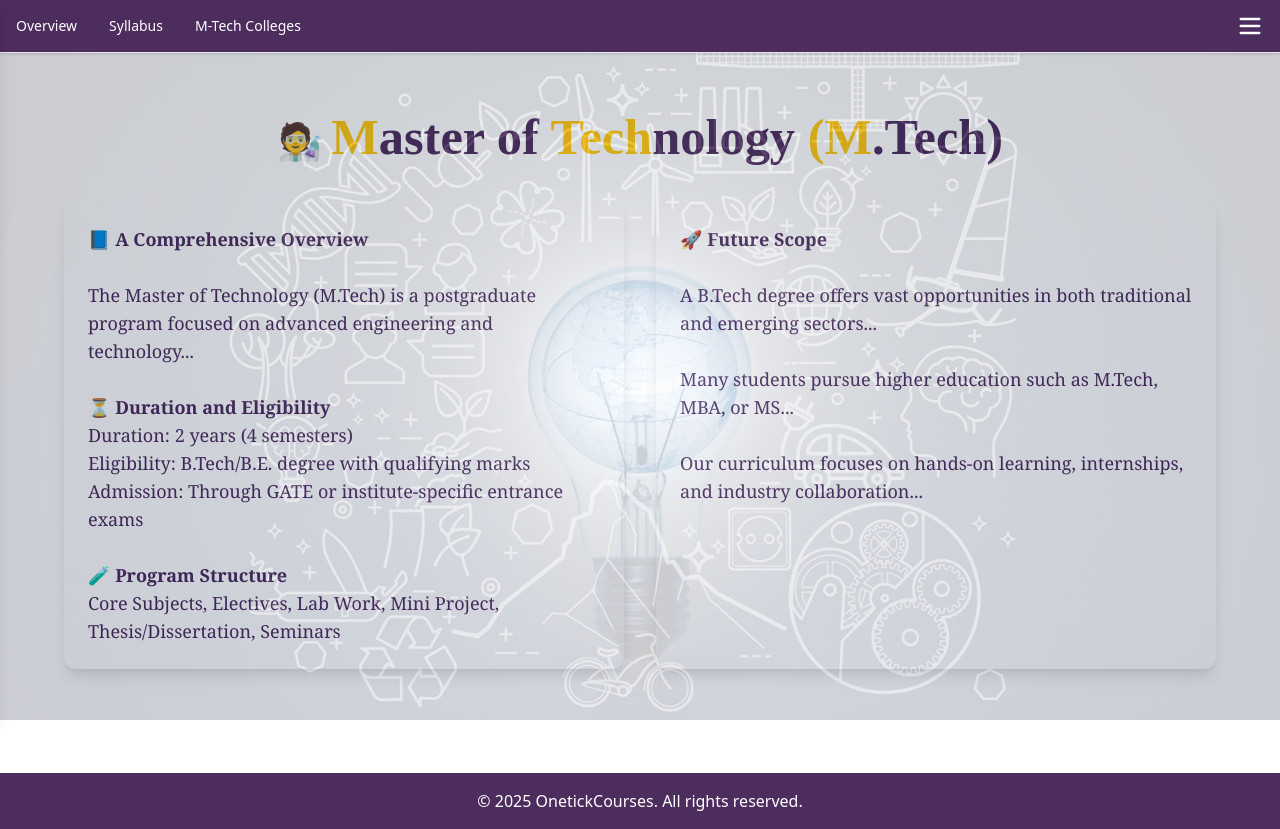
Repository: tanuj0111/collagefinder
Page: m.techoverview.html
The author's editor kept a copy of each file at every save. The page is drawn from the files as they stood at one save, then again after the next save.
The browser window is 1280 px wide. The pictures show the whole page.

Above is the page before, as saved 2025-05-28 09:15:55.

### m.techoverview.html
<!DOCTYPE html>
<html lang="en">

<head>
  <meta charset="UTF-8">
  <meta name="viewport" content="width=device-width, initial-scale=1.0">
  <title>m.Tech Overview - OnetickCourses</title>
  <link href="https://cdn.jsdelivr.net/npm/tailwindcss@2.2.19/dist/tailwind.min.css" rel="stylesheet">

</head>

<body style="background-color: white;" class="bg-gray-100 text-gray-800">

  <!-- Navbar -->
  <nav style="background-color:#4D2C5E;"
    class="bg-white shadow border-b sticky top-0 z-50 flex items-center justify-between px-4 py-3">
    <ul class="flex space-x-8 text-sm font-medium">
      <li><a href="m.techoverview.html" class="text-white">Overview</a></li>
      <li><a href="mtechSyllabusfinal.html" class="text-white">Syllabus</a></li>
      <li><a href="mtechcolege.html" class="text-white">M-Tech Colleges</a></li>
    </ul>

    <!-- Hamburger icon -->
    <button onclick="toggleSidebar()" class="text-white focus:outline-none">
      <svg class="w-7 h-7" fill="none" stroke="currentColor" viewBox="0 0 24 24" xmlns="http://www.w3.org/2000/svg">
        <path stroke-linecap="round" stroke-linejoin="round" stroke-width="2" d="M4 6h16M4 12h16M4 18h16"></path>
      </svg>
    </button>
  </nav>

  <!-- Sidebar -->
  <div id="sidebar"
    class="fixed top-0 left-0 h-full w-64 bg-white text-white transform -translate-x-full transition-transform duration-300 z-50 shadow-lg">
    <div class="p-6">
      <h2 class="text-2xl font-bold mb-6" style="color: #4D2C5E;">Menu</h2>
      <ul class="space-y-4">
        <li><a href="a-main.html" class="hover:underline" style="color: #4D2C5E;">Home</a></li>
        <li><a href="m.techoverview.html" class="hover:underline" style="color: #4D2C5E;">Overview</a></li>
        <li><a href="mtechSyllabusfinal.html" class="hover:underline" style="color: #4D2C5E;">Syllabus</a></li>
        <li><a href="mtechcolege.html" class="hover:underline" style="color: #4D2C5E;">M-Tech Colleges</a></li>
      </ul>
      <button onclick="toggleSidebar()" class="mt-8 px-4 py-2 bg-pink-500 rounded hover:bg-pink-600 transition"
        style="background-color: #4D2C5E;">Close</button>
    </div>
  </div>

  <!-- JavaScript to toggle sidebar -->
  <script>
    function toggleSidebar() {
      const sidebar = document.getElementById('sidebar');
      sidebar.classList.toggle('-translate-x-full');
    }
  </script>


  <!-- Content -->
  <section style="background-color:white;" class="py-16 px-6 bg-white">
    <div class="max-w-6xl mx-auto text-center">
      <h1 class="text-4xl font-bold mb-10">
        🧑‍🔬
        <span style="color:#FFC90E ;font-family: centaur;font-size: 7vh;">M</span><span
          style="color:#4D2C5E ;font-family: centaur;font-size: 7vh;">aster of </span>
        <span style="color:#FFC90E ;font-family: centaur;font-size: 7vh;">Tech</span><span
          style="color:#4D2C5E ;font-family: centaur;font-size: 7vh;">nology </span>
        <span style="color:#FFC90E ;font-family: centaur;font-size: 7vh;">(M</span><span
          style="color:#4D2C5E ;font-family: centaur;font-size: 7vh;">.Tech)</span>
      </h1>

      <!-- Flex container for two side-by-side divs with shadow boxes -->
      <div class="flex flex-col md:flex-row gap-8 text-left">

        <!-- Left Box -->
        <div class="md:w-1/2 bg-white shadow-lg rounded-xl p-6">
          <img src="mtechbg.jpg" alt="CSE Background" class="absolute inset-0 w-full h-full  object-cover rounded-[50px] opacity-20 z-3"/>
          <p class="text-lg text-b"
            style="color: #4D2C5E;font-weight: 500;font-family: Georgia, 'Times New Roman', Times, serif;">
            <strong>📘 A Comprehensive Overview</strong><br><br>
            The Master of Technology (M.Tech) is a postgraduate program focused on advanced engineering and
            technology...
            <br><br>
            <strong>⏳ Duration and Eligibility</strong><br>
            Duration: 2 years (4 semesters)<br>
            Eligibility: B.Tech/B.E. degree with qualifying marks<br>
            Admission: Through GATE or institute-specific entrance exams<br><br>

            <strong>🧪 Program Structure</strong><br>
            Core Subjects, Electives, Lab Work, Mini Project, Thesis/Dissertation, Seminars
          </p>
        </div>

        <!-- Right Box -->
        <div class="md:w-1/2 bg-white shadow-lg rounded-xl p-6">
          <p class="text-lg text-b"
            style="color: #4D2C5E;font-weight: 500;font-family: Georgia, 'Times New Roman', Times, serif;">
            <strong>🚀 Future Scope</strong><br><br>
            A B.Tech degree offers vast opportunities in both traditional and emerging sectors...<br><br>
            Many students pursue higher education such as M.Tech, MBA, or MS...<br><br>
            Our curriculum focuses on hands-on learning, internships, and industry collaboration...
          </p>
        </div>

      </div>

    </div>
  </section>

  <!-- Footer -->
  <footer style="background-color: #4D2C5E" class="bg-indigo-900 text-white text-center p-4 mt-10">
    <p>&copy; 2025 OnetickCourses. All rights reserved.</p>
  </footer>
</body>

</html>

After the next save:
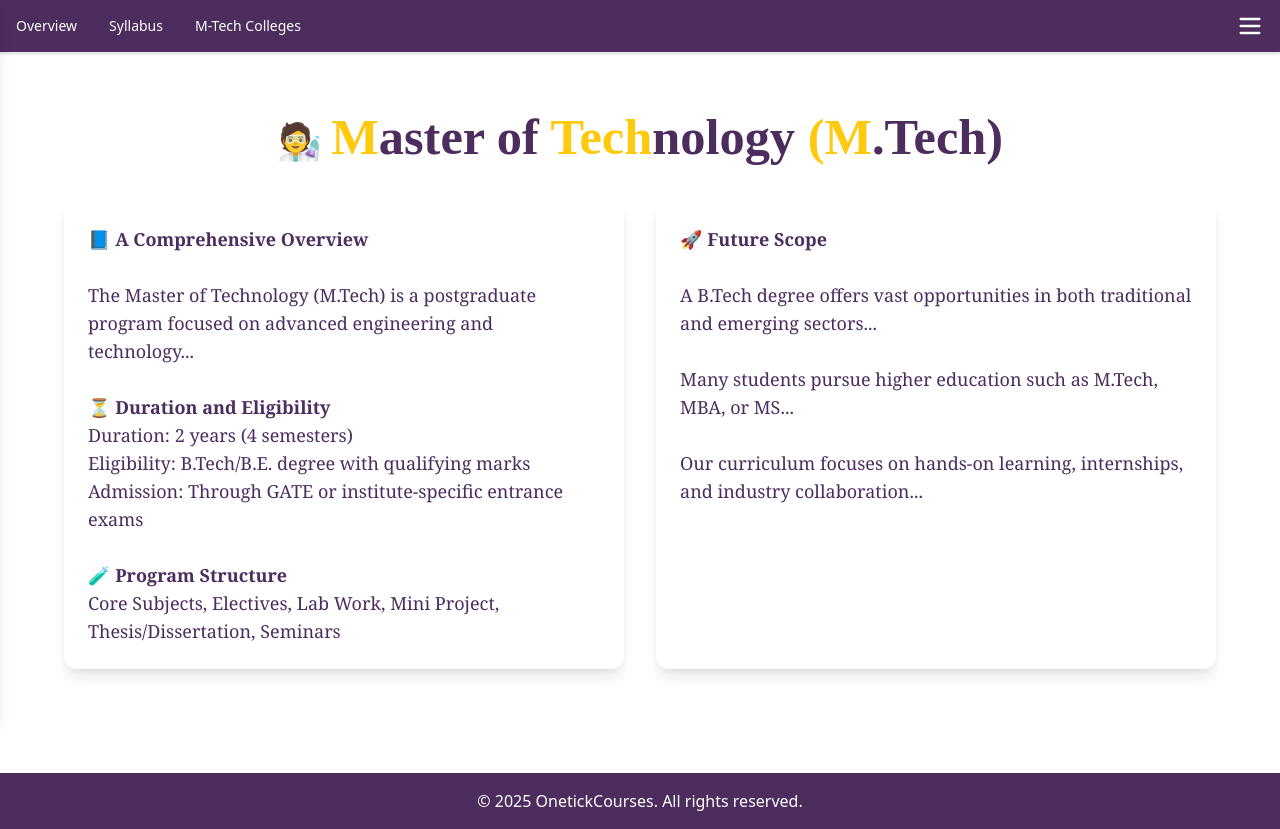
Saved 65 s later.
--- a/m.techoverview.html
+++ b/m.techoverview.html
@@ -71,7 +71,7 @@
 
         <!-- Left Box -->
         <div class="md:w-1/2 bg-white shadow-lg rounded-xl p-6">
-          <img src="mtechbg.jpg" alt="CSE Background" class="absolute inset-0 w-full h-full  object-cover rounded-[50px] opacity-20 z-3"/>
+          <!-- <img src="mtechbg.jpg" alt="CSE Background" class="absolute inset-0 w-full h-full  object-cover rounded-[50px] opacity-20 z-3"/> -->
           <p class="text-lg text-b"
             style="color: #4D2C5E;font-weight: 500;font-family: Georgia, 'Times New Roman', Times, serif;">
             <strong>📘 A Comprehensive Overview</strong><br><br>

After the save that followed:
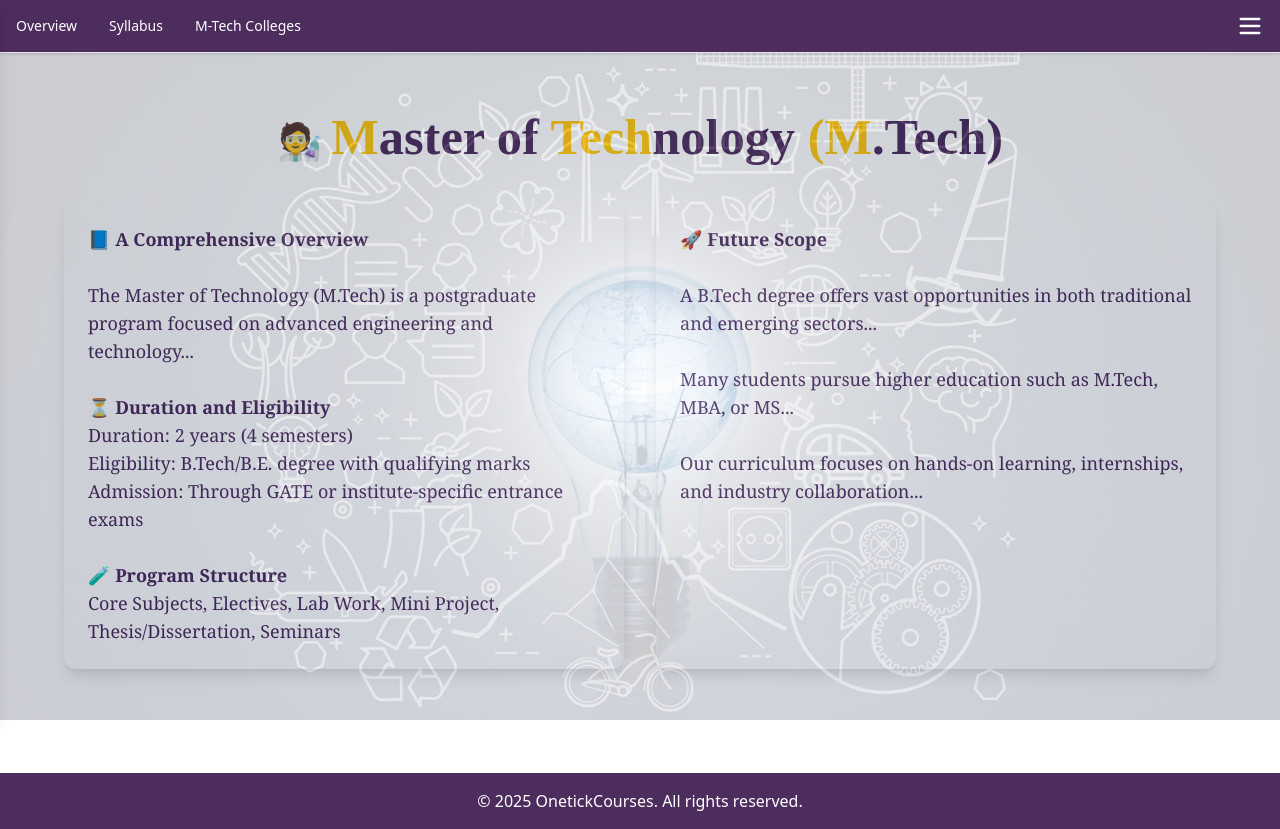
Saved 18 s later.
--- a/m.techoverview.html
+++ b/m.techoverview.html
@@ -71,7 +71,7 @@
 
         <!-- Left Box -->
         <div class="md:w-1/2 bg-white shadow-lg rounded-xl p-6">
-          <!-- <img src="mtechbg.jpg" alt="CSE Background" class="absolute inset-0 w-full h-full  object-cover rounded-[50px] opacity-20 z-3"/> -->
+          <img src="mtechbg.jpg" alt="CSE Background" class="absolute inset-0 w-full h-full  object-cover rounded-[50px] opacity-20 z-3"/>
           <p class="text-lg text-b"
             style="color: #4D2C5E;font-weight: 500;font-family: Georgia, 'Times New Roman', Times, serif;">
             <strong>📘 A Comprehensive Overview</strong><br><br>
